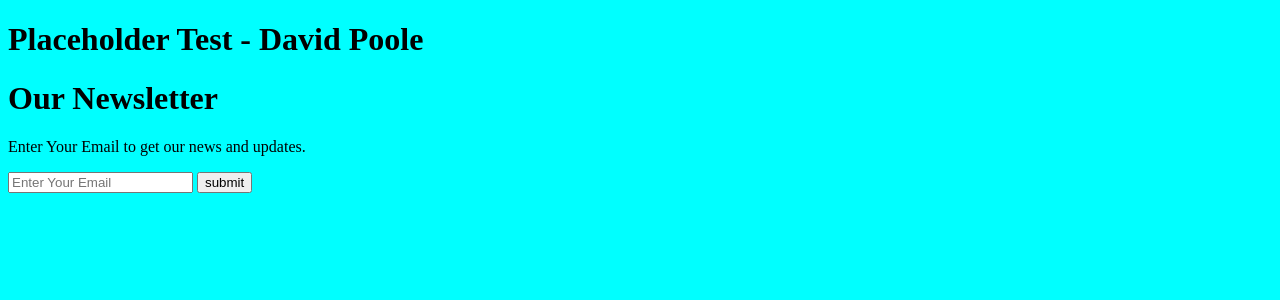
Repository: nss-evening-cohort-E23/gitsub-the-commit-commandos
Page: index.html
An editor plug-in stored every save of this project. The page is shown before and after the next save, followed by the edit.
The browser window is 1280 px wide. The pictures show the whole page.

Above is the page before, as saved 2023-05-08 19:18:12.

After the next save:
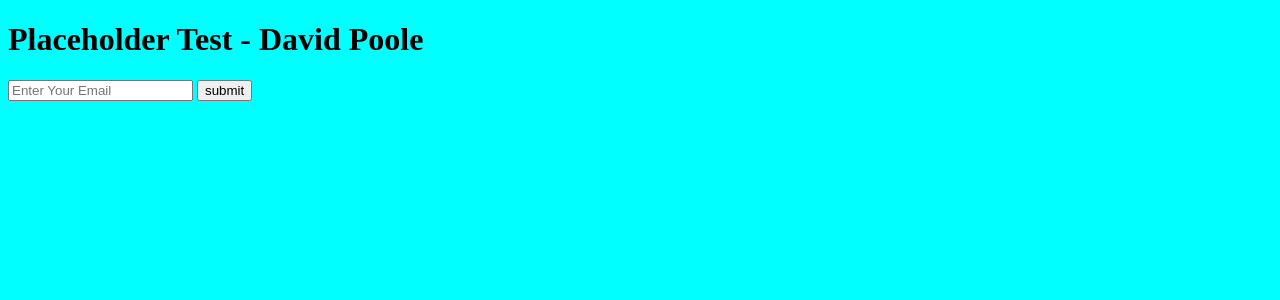
Saved 18 s later.
--- a/index.html
+++ b/index.html
@@ -10,10 +10,7 @@
 <body>
   <h1>Placeholder Test - David Poole</h1>
 
-  <div class="right-col">
-    <h1>Our Newsletter</h1>
-    <div class="border"></div>
-    <p>Enter Your Email to get our news and updates.</p>
+
     <form action="" class="newsletter-form">
       <input type="text" class="txtb" placeholder="Enter Your Email">
       <input type="submit" class="btn" value="submit">
